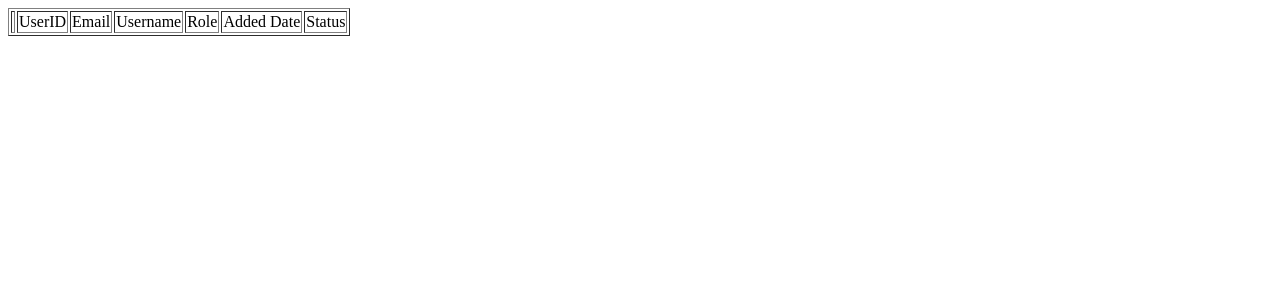
Repository: Minisandu/E-commerce-System
Page: http://localhost/paf_project/home
An editor plug-in stored every save of this project. The page is shown before and after the next save, followed by the edit.
The browser window is 1280 px wide. The pictures show the whole page.
The page is served by Tomcat 9. Other server files are loaded and not shown.

Above is the page before, as saved 2019-05-19 17:30:44.

### paf_project/paf_project/src/main/webapp/WEB-INF/views/home.jsp
<%@ page language="java" contentType="text/html; charset=ISO-8859-1"
    pageEncoding="ISO-8859-1"%>
<!DOCTYPE html PUBLIC "-//W3C//DTD HTML 4.01 Transitional//EN" "http://www.w3.org/TR/html4/loose.dtd">
<html>
<head>
<meta http-equiv="Content-Type" content="text/html; charset=ISO-8859-1">
<title>Insert title here</title>
</head>
<body>

<div>
	<table border="1">
		<th>
			<td>UserID</td>
			<td>Email</td>
			<td>Username</td>
			<td>Role</td>
			<td>Added Date</td>
			<td>Status</td>
		</th>
	</table>
</div>

</body>
</html>

After the next save:
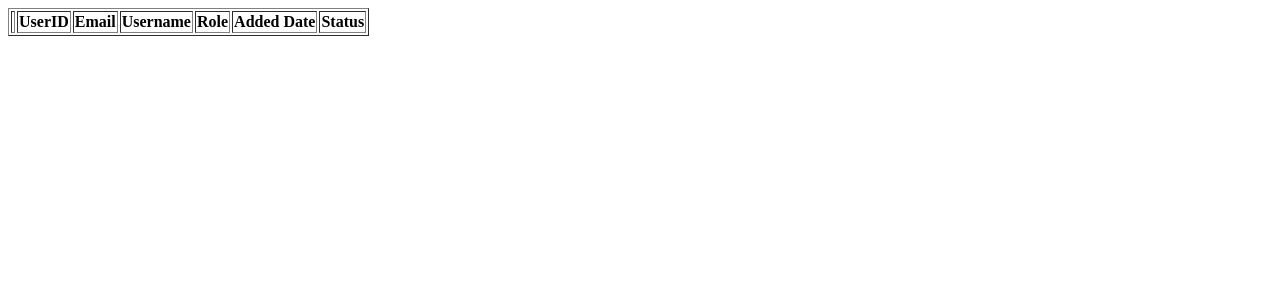
Saved 20 s later.
--- a/paf_project/paf_project/src/main/webapp/WEB-INF/views/home.jsp
+++ b/paf_project/paf_project/src/main/webapp/WEB-INF/views/home.jsp
@@ -11,12 +11,12 @@
 <div>
 	<table border="1">
 		<th>
-			<td>UserID</td>
-			<td>Email</td>
-			<td>Username</td>
-			<td>Role</td>
-			<td>Added Date</td>
-			<td>Status</td>
+			<th>UserID</th>
+			<th>Email</th>
+			<th>Username</th>
+			<th>Role</td>
+			<th>Added Date</th>
+			<th>Status</th>
 		</th>
 	</table>
 </div>
